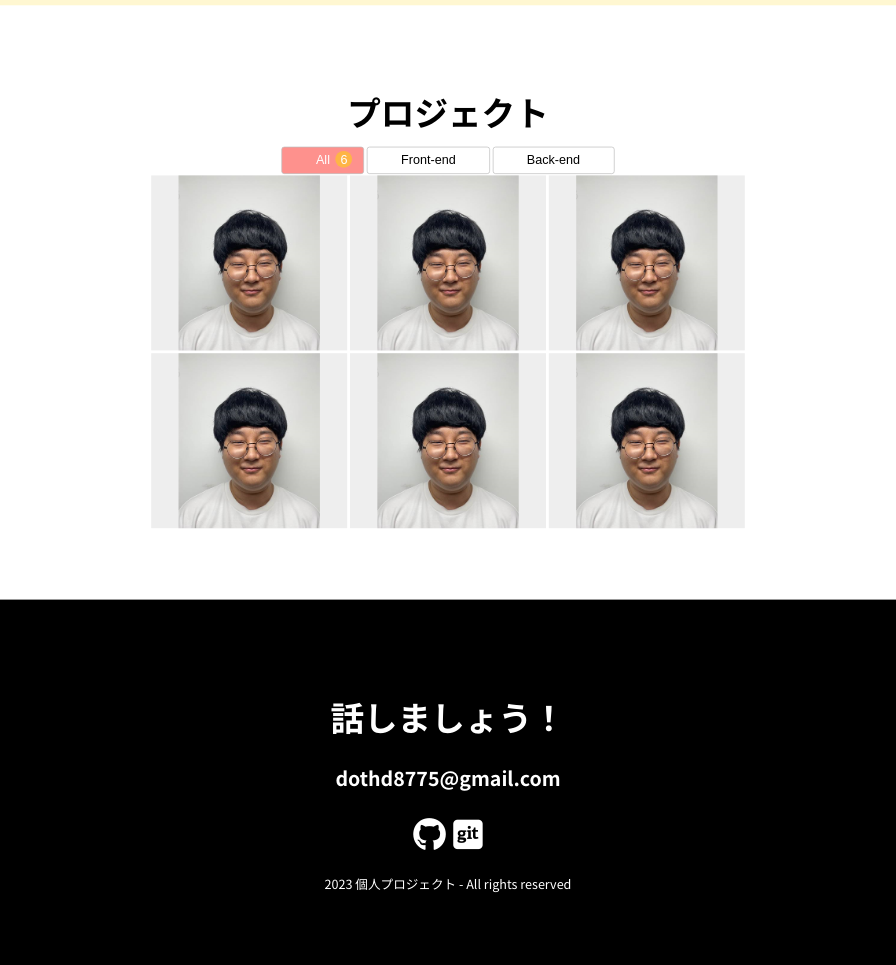
Repository: N1C0N1C0/website_introduction
Page: index.html
An editor plug-in stored every save of this project. The page is shown before and after the next save, followed by the edit.
The browser window is 1280 px wide. The pictures show the part of the page from y = 2402 to 4322 px (the page is 3780 px tall before and 4796 px after), at 70% of full size.
Some web libraries are served in a nearby version.

Above is the page before, as saved 2023-08-29 03:18:03.

After the next save:
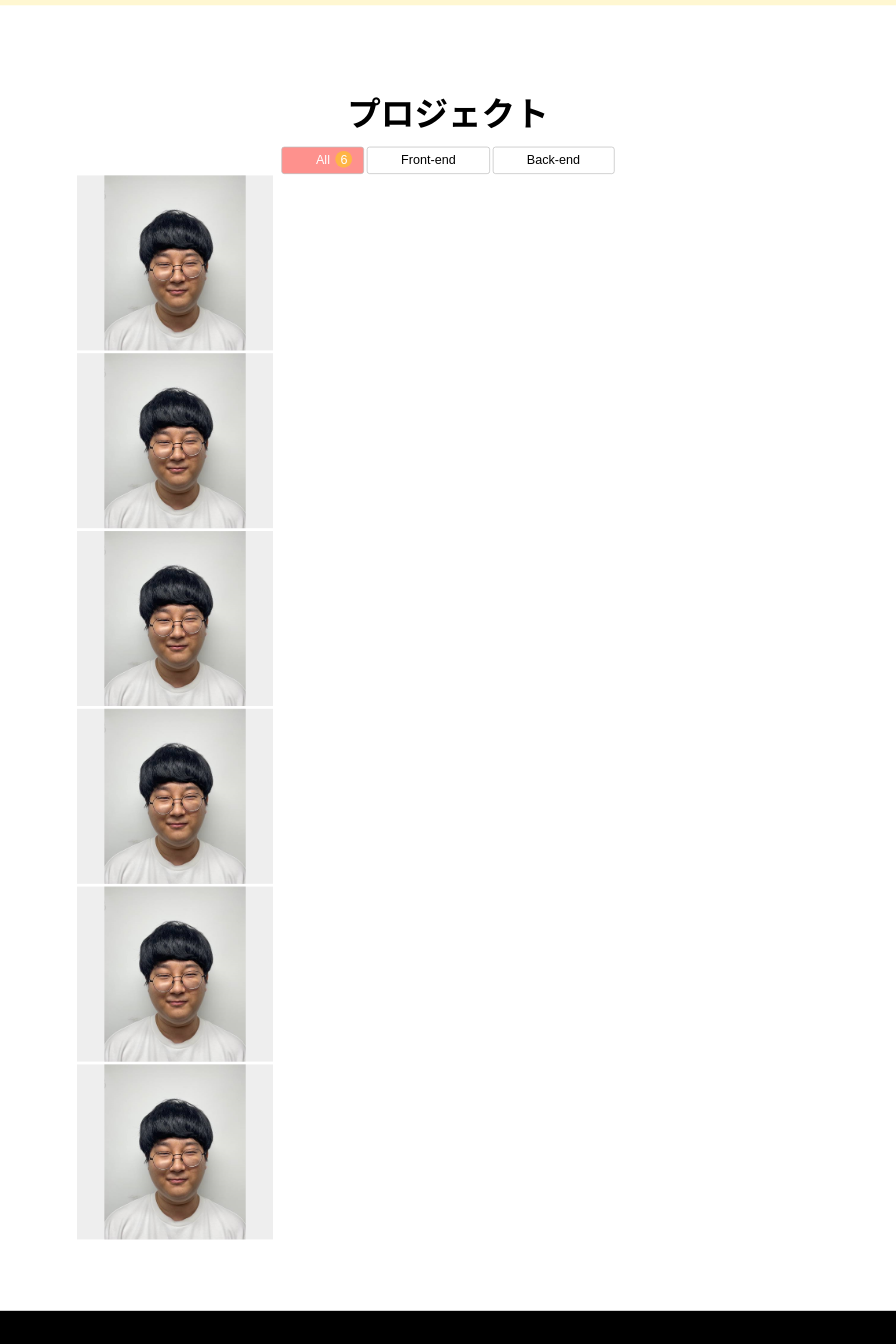
Saved 93 s later.
--- a/style.css
+++ b/style.css
@@ -348,6 +348,7 @@ p {
 }
 
 .work__projects {
+    width: 300px;
     display: flex;
     flex-wrap: wrap;
     justify-content: center;
